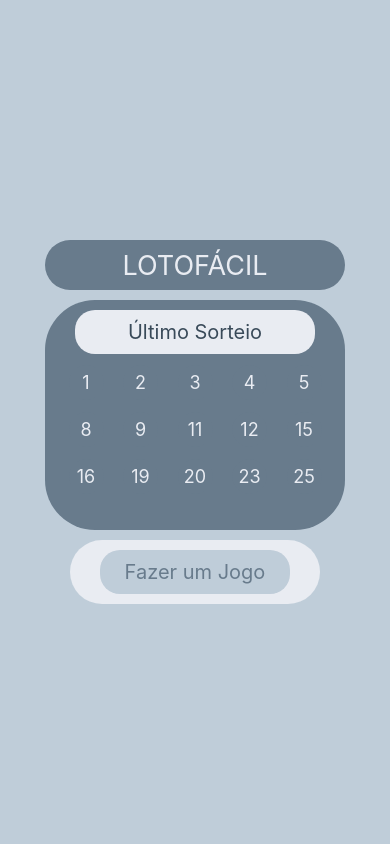
Repository: Deyvid-Kasteh/LotofacilApp
Screen: /
An editor plug-in stored every save of this project. The screen is shown before and after a run of saves, followed by the edit.
The app was drawn by React Native's web renderer in a window 390 px wide. The project was rebuilt for these pictures with package versions that can differ from the ones it lists, and the page was loaded fresh each time. Also part of the build but not shown: paginaTESTE.js.

Above is the screen before, as saved 2023-11-27 07:43:53.

After the next 8 saves:
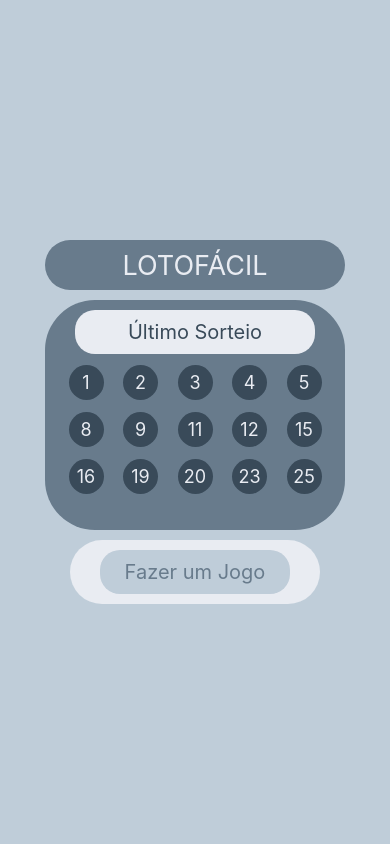
The 8 saves are shown as one change because 3 did not build or start and some came seconds apart.
The last was saved 88 s later.
--- a/components/Bubble.js
+++ b/components/Bubble.js
@@ -18,7 +18,10 @@
           margin: 6,
           // elevation: 5,
           opacity: 1,
-        }, props.choose
+        },
+        props.choose
+          ? { backgroundColor: "#394A59" }
+          : { backgroundColor: "#394A59" },
       ]}
     >
       <Text

After the 5 saves that followed:
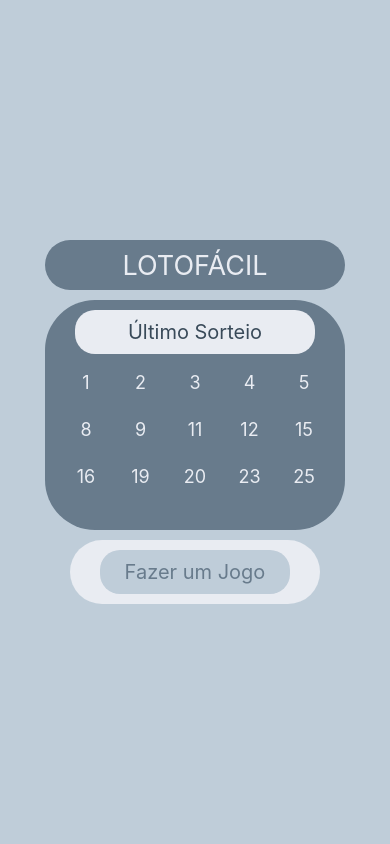
The 5 saves are shown as one change because 3 left the picture as it was and some came seconds apart.
The last was saved 51 s later.
--- a/components/Bubble.js
+++ b/components/Bubble.js
@@ -8,8 +8,8 @@
         {
           width: 35,
           height: 35,
-          backgroundColor: "#394A59",
-          backgroundColor: "#687B8C",
+          // backgroundColor: "#394A59",
+          // backgroundColor: "#687B8C",
 
           borderRadius: 50,
           alignContent: "center",
@@ -19,9 +19,9 @@
           // elevation: 5,
           opacity: 1,
         },
-        props.choose
-          ? { backgroundColor: "#394A59" }
-          : { backgroundColor: "#394A59" },
+        // props.choose
+        //   ? { backgroundColor: "#394A59" }
+        //   : { backgroundColor: "#394A59" },
       ]}
     >
       <Text
